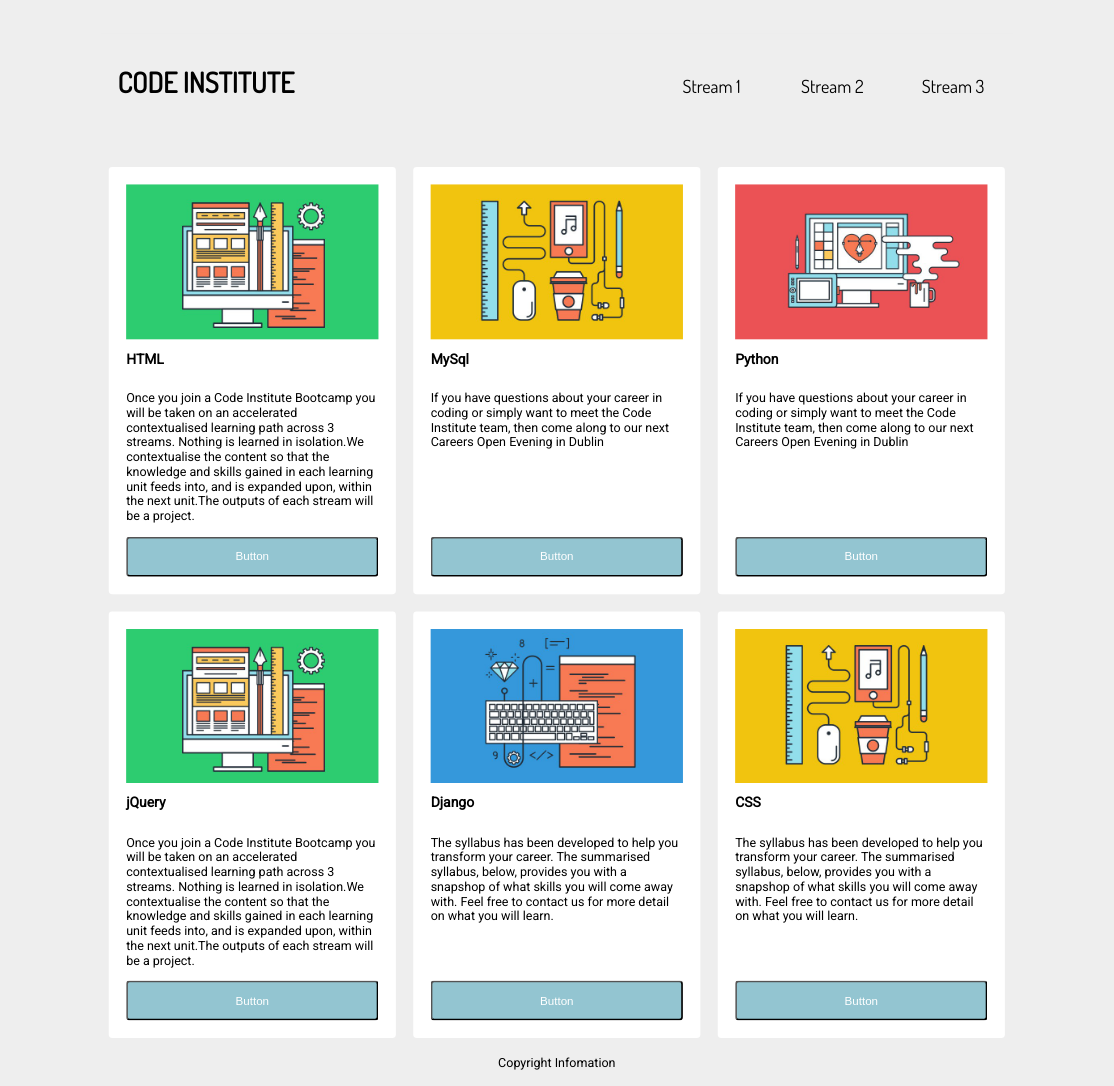
Repository: LivHed/jquery-events
Page: Cards-jquery.html
The author's editor kept a record of every edit. The page is drawn from the files as they stood at one moment, then again after the next edit.
The browser window is 1280 px wide. The pictures show the whole page, at 87% of full size.
After loading, the first visible `#effect_button2` was clicked once.
Some web libraries are served in a nearby version.

Above is the page before.

After the next edit:
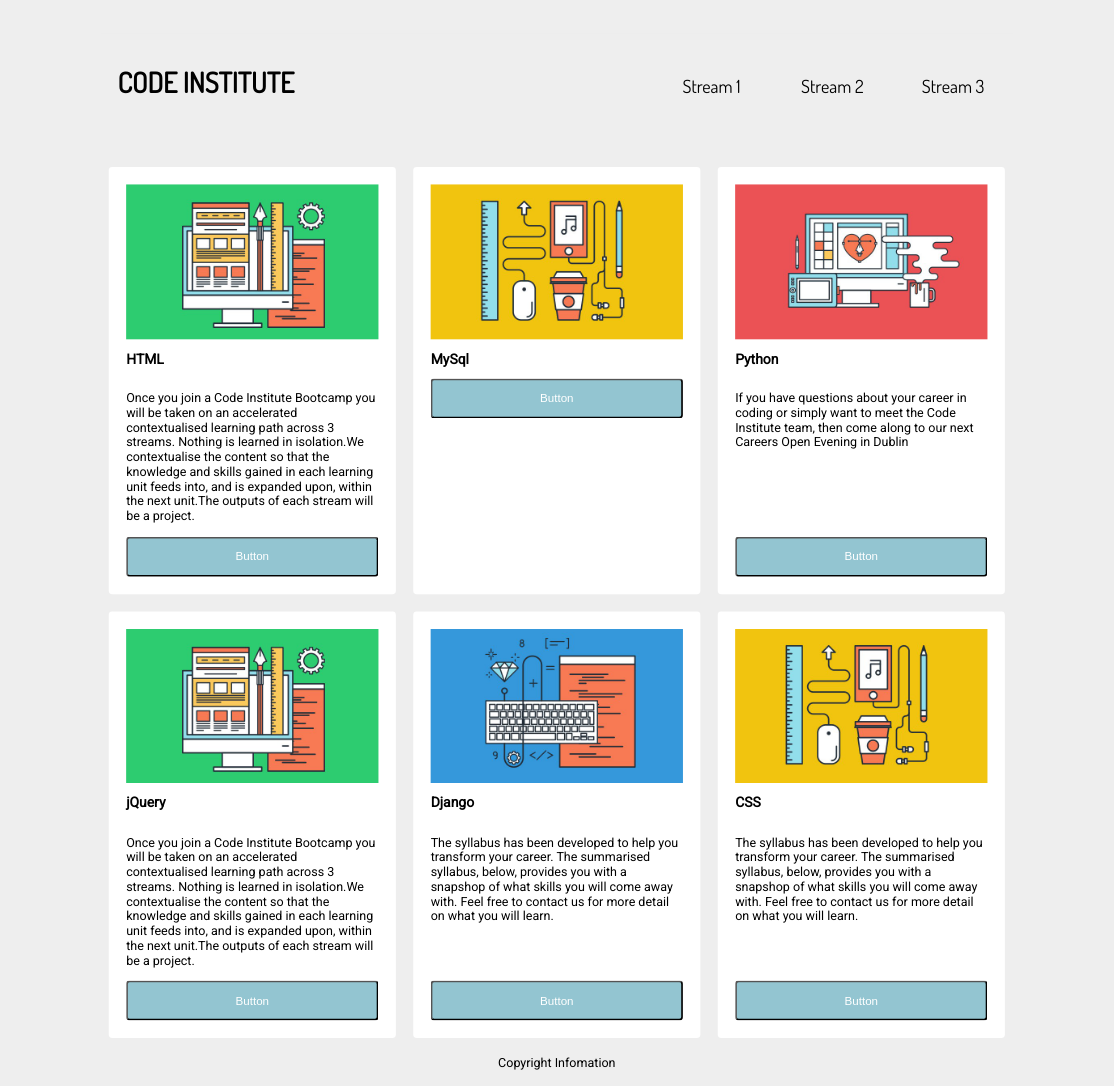
The edit:
--- a/script.js
+++ b/script.js
@@ -16,7 +16,7 @@
  		$("#paragraph1").toggle(1000);
    });
     $("#effect_button2").click(function(){
-        $('#par2').toggle('1000');
+        $('#paragraph2').toggle('1000');
     });
     $("#effect_button3").click(function(){
         $('#par3').toggle('1000');
